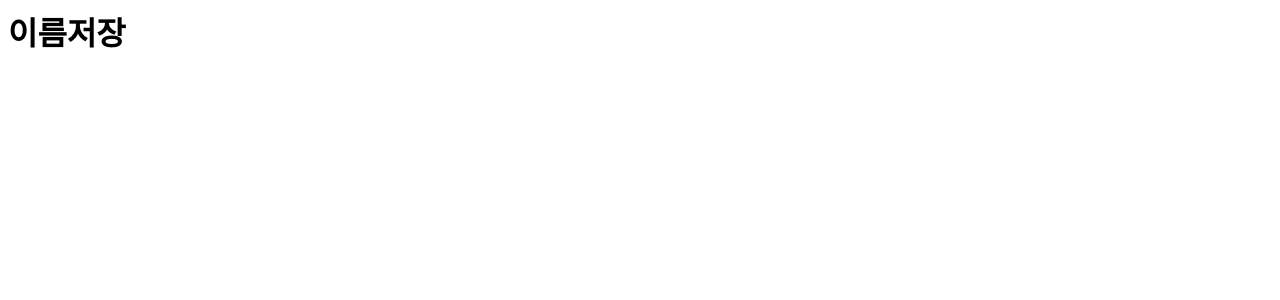
Repository: bk6717/jspwork
Page: http://localhost/ch03/SetNameServlet
An editor plug-in stored every save of this project. The page is shown before and after the next save, followed by the edit.
The browser window is 1280 px wide. The pictures show the whole page.
The page is served by Tomcat 9. Other server files are loaded and not shown.

Above is the page before, as saved 2020-05-26 06:49:46.

### ch03/src/ex2/SetNameServlet.java
package ex2;

import java.io.IOException;
import java.io.PrintWriter;

import javax.servlet.ServletException;
import javax.servlet.annotation.WebServlet;
import javax.servlet.http.HttpServlet;
import javax.servlet.http.HttpServletRequest;
import javax.servlet.http.HttpServletResponse;
import javax.servlet.http.HttpSession;

@WebServlet("/SetNameServlet")
public class SetNameServlet extends HttpServlet {
	private static final long serialVersionUID = 1L;

    public SetNameServlet() {
        super();
    }
	protected void doGet(HttpServletRequest request, HttpServletResponse response) throws ServletException, IOException {
		HttpSession session = request.getSession();
		String name = (String)session.getAttribute("name");
		response.setContentType("text/html;charset=UTF-8");
		PrintWriter out = response.getWriter();
		out.print("<h1>이름저장</h1>");
	}

}

After the next save:
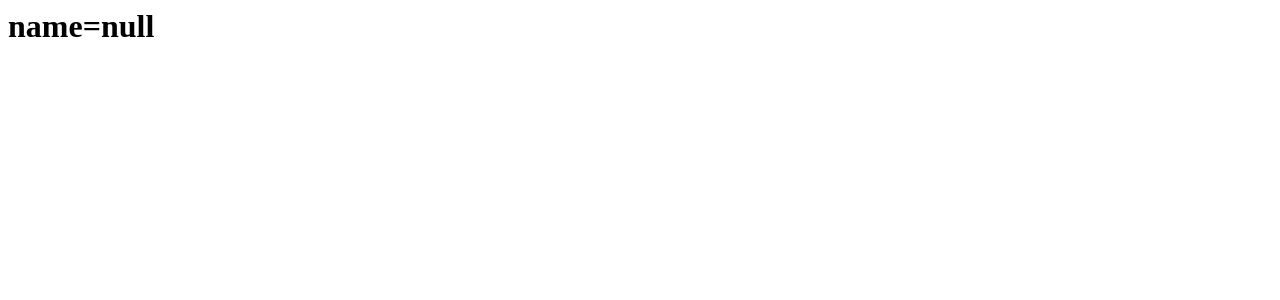
Saved 24 s later.
--- a/ch03/src/ex2/SetNameServlet.java
+++ b/ch03/src/ex2/SetNameServlet.java
@@ -22,7 +22,7 @@ public class SetNameServlet extends HttpServlet {
 		String name = (String)session.getAttribute("name");
 		response.setContentType("text/html;charset=UTF-8");
 		PrintWriter out = response.getWriter();
-		out.print("<h1>이름저장</h1>");
+		out.print("<h1>name="+name+"</h1>");
 	}
 
 }
